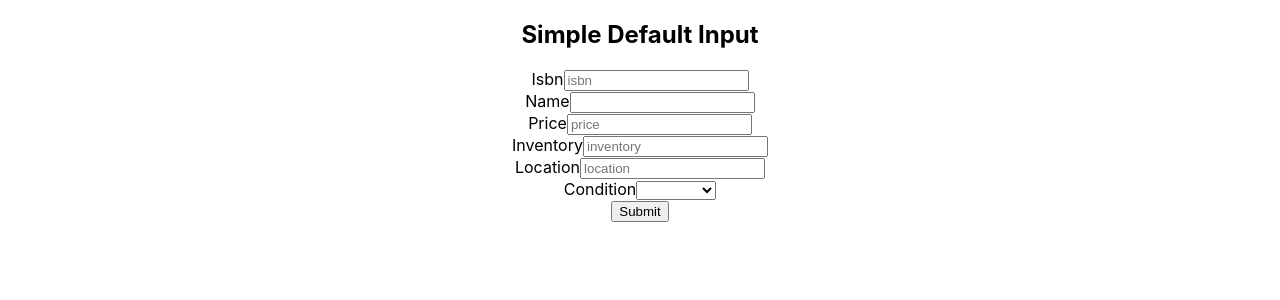
Repository: rishhabh-jain/isbndb
Page: /
These files come from the project's save history. The page is drawn as it stood at one moment and after the next save; the edit follows.
The browser window is 1280 px wide. The pictures show the whole page.
The project was rebuilt for these pictures with package versions that can differ from the ones it lists, and the page was loaded fresh each time.

Above is the page before, as saved 2022-02-03 11:43:13.

### src/App.js
import logo from './logo.svg';
import { Form, Field } from 'react-final-form'
import axios from 'axios';
import React , { useState , useEffect} from 'react';
import './App.css';

function App() {
  const [isbn, setIsbn] = useState("9787878");
  const [authors, setAuthors] = useState([]);
  const [binding, setBinding] = useState("");
  const [image, setImage] = useState("");
  const [title, setTitle] = useState("");
  axios.get('http://localhost:8080/' ,{headers : {
    "Access-Control-Allow-Origin": "*",
    "Access-Control-Allow-Methods": "GET,PUT,POST,DELETE,PATCH,OPTIONS"
  }})
  .then(function (response) {
    // handle success
    console.log(response.data.book);
    setTitle(response.data.book.title);
  })
  .catch(function (error) {
    // handle error
    console.log(error);
  })
  .then(function () {
    console.log("this will be always displayed");
  });
  return (
    <div className="App">
     <Form
    onSubmit={onSubmit}
    render={({ handleSubmit }) => (
      <form onSubmit={handleSubmit}>
        <h2>Simple Default Input</h2>
        <div>
          <label>Isbn</label>
          <Field name="Isbn" component="input" placeholder="isbn" value={isbn}/>
        </div>
        <div>
          <label>Name</label>
          <Field name="name" component="input" placeholder={title} value={title} />
        </div>
        <div>
          <label>Price</label>
          <Field name="price" component="input" placeholder="price" />
        </div>
        <div>
          <label>Inventory</label>
          <Field name="inventory" component="input" placeholder="inventory" />
        </div>
        <div>
          <label>Location</label>
          <Field name="location" component="input" placeholder="location" />
        </div>
        <div>
          <label>Condition</label>
          <Field name="condition" component="select">
              <option />
              <option value=" Good "> Good </option>
              <option value=" Like new "> Like new </option>
              <option value=" New"> New </option>
              <option value="Readable"> Readable</option>
            </Field>
        </div>

        <button type="submit">Submit</button>
      </form>
    )}
  />
    </div>
  );
}
const onSubmit = () => {
  window.alert("onsubmit working");
}


export default App;

Loaded but not shown: public/index.html (common file); src/index.js (common file); src/index.css (common file); src/reportWebVitals.js (common file); src/App.css (common file)

After the next save:
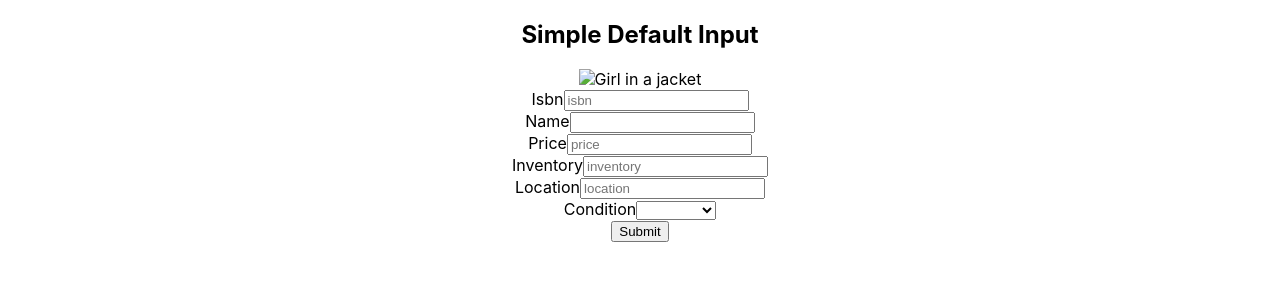
Saved 5 min 53 s later.
--- a/src/App.js
+++ b/src/App.js
@@ -33,6 +33,7 @@ function App() {
     render={({ handleSubmit }) => (
       <form onSubmit={handleSubmit}>
         <h2>Simple Default Input</h2>
+        <img src={image} alt="Girl in a jacket" width="500" height="600"></img>
         <div>
           <label>Isbn</label>
           <Field name="Isbn" component="input" placeholder="isbn" value={isbn}/>
